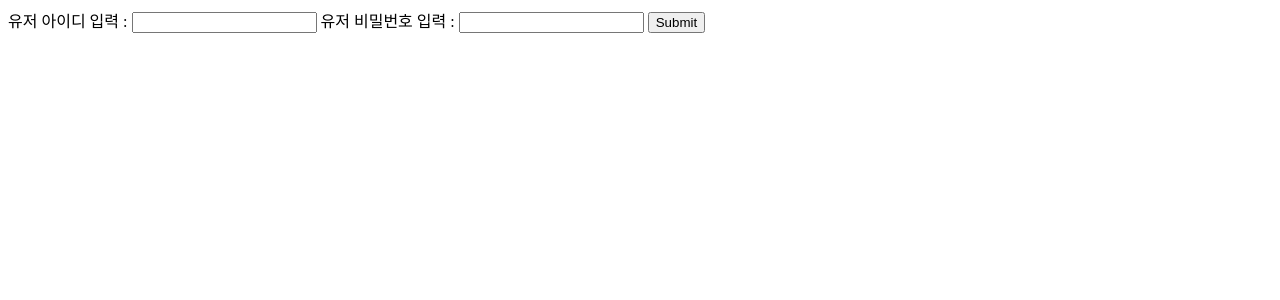
Repository: jungreul97/jsp_pracitce
Page: http://localhost/JSPBasic/JspObject/3.cookie/cookie_login.jsp
The author's editor kept a copy of each file at every save. The page is drawn from the files as they stood at one save, then again after the next save.
The browser window is 1280 px wide. The pictures show the whole page.
The page is served by Tomcat 9.

Above is the page before, as saved 2022-02-07 02:23:38.

### JSPBasic/src/main/webapp/JspObject/3.cookie/cookie_login.jsp
<%@ page language="java" contentType="text/html; charset=UTF-8"
    pageEncoding="UTF-8"%>
<%
	//생성된 user_id쿠키를 검색해서 쿠키가 존재한다면
	//로그인 창 대신에 브라우저에 "이미 로그인한 사용자입니다."
	//를 출력해주시고, user_id가 없을때는 로그인 입력창이 등장하도록
	//if~else문을 활용해 주세요


%>
<!DOCTYPE html>
<html>
<head>
<meta charset="UTF-8">
<title>Insert title here</title>
</head>
<body>
<!-- 로그인 창은 form으로 구성해주시면 됩니다.
input text 1개(유저 아이디 입력), input password 1개(비밀번호 입력),
input checkbox 1개(자동로그인)
목적지는 cookie_login_ok.jsp로 해주세요. -->

	<form action = "cookie_login_ok.jsp">
		유저 아이디 입력 : <input type = "text" name = "id" >
		유저 비밀번호 입력 : <input type = "number" name = "password">
		<input type = "submit" name = "checkbox">

	</form>
</body>
</html>

After the next save:
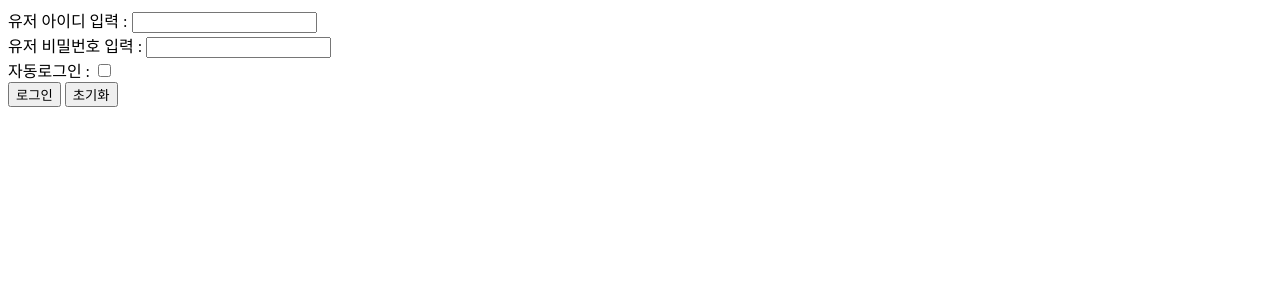
Saved 2 min 3 s later.
--- a/JSPBasic/src/main/webapp/JspObject/3.cookie/cookie_login.jsp
+++ b/JSPBasic/src/main/webapp/JspObject/3.cookie/cookie_login.jsp
@@ -21,10 +21,11 @@ input checkbox 1개(자동로그인)
 목적지는 cookie_login_ok.jsp로 해주세요. -->
 
 	<form action = "cookie_login_ok.jsp">
-		유저 아이디 입력 : <input type = "text" name = "id" >
-		유저 비밀번호 입력 : <input type = "number" name = "password">
-		<input type = "submit" name = "checkbox">
-
+		유저 아이디 입력 : <input type = "text" name = "userId" ><br/>
+		유저 비밀번호 입력 : <input type = "password" name = "userPw"><br/>
+		자동로그인 : <input type = "checkbox" name = "auto" value = "checked"><br/>
+		<input type="submit" value = "로그인"/>
+		<input type="reset" value = "초기화"/>
 	</form>
 </body>
 </html>
